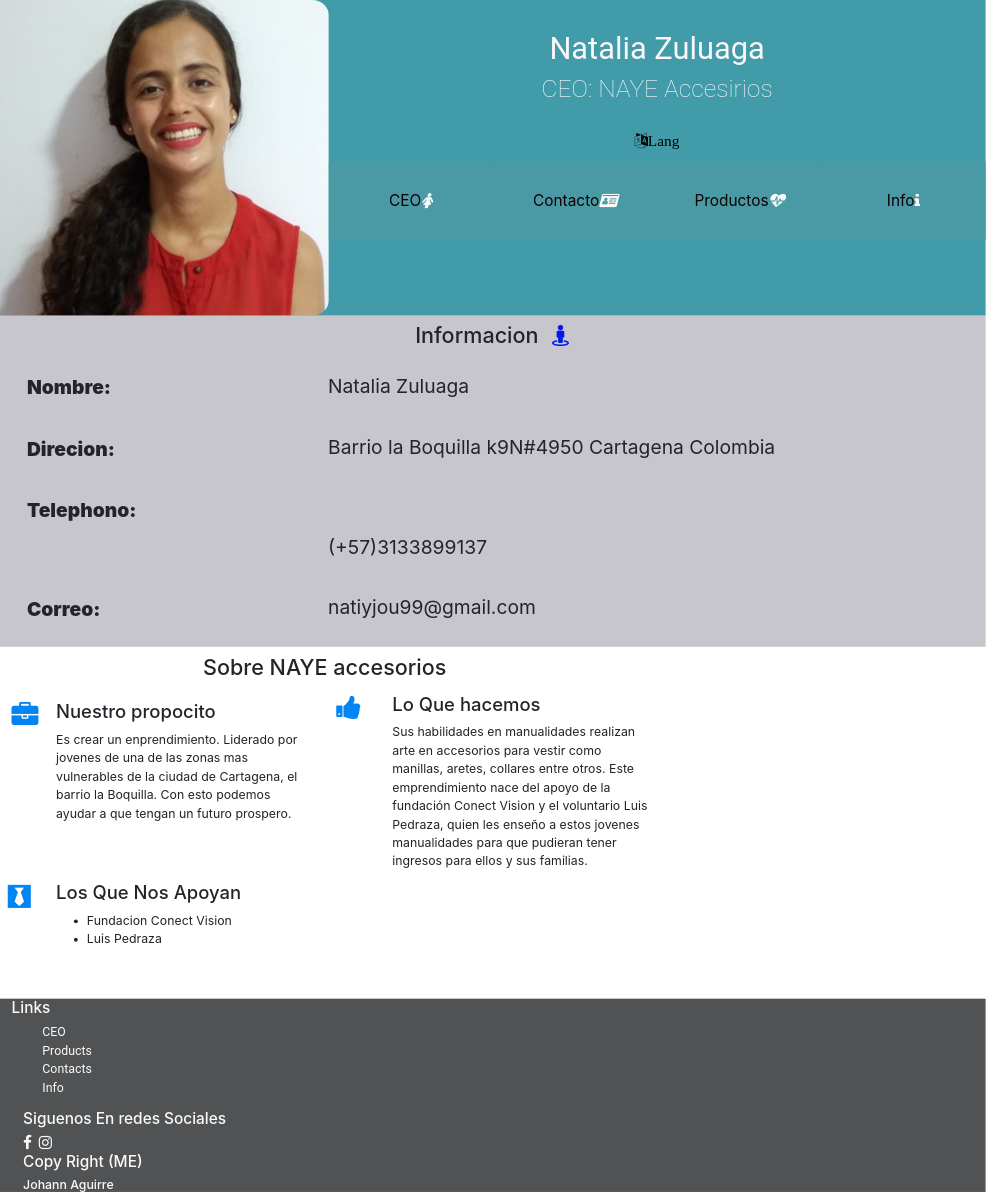
Repository: cachimiro/1-mile-stone-project
Page: index.html
The author's editor kept a record of every edit. The page is drawn from the files as they stood at one moment, then again after the next edit.
The browser window is 1280 px wide. The page is 1295 px wide, so the pictures cover 1295 px, including what lies to the right of the window. The pictures show the whole page, at 77% of full size.
Some web libraries are served in a nearby version.

Above is the page before.

### index.html
<!DOCTYPE html>
<html lang="es">

<head>
    <meta charset="UTF-8">
    <meta name="viewport" content="width=device-width, initial-scale=1.0">
    <meta http-equiv="X-UA-Compatible" content="ie=edge">
    <link rel="stylesheet" href="https://stackpath.bootstrapcdn.com/bootstrap/4.2.1/css/bootstrap.min.css" type="text/css" />
    <link rel="stylesheet" href="https://stackpath.bootstrapcdn.com/font-awesome/4.7.0/css/font-awesome.min.css" type="text/css" />
    <link rel="stylesheet" href="https://cdnjs.cloudflare.com/ajax/libs/hover.css/2.3.1/css/hover-min.css" type="text/css" />
    <link rel="stylesheet" href="css/style.css" type="text/css" />
    <title>NAYE accesirios</title>
</head>

<body>
    <header>
        <div class="row no-gutters">
            <a href="#" class="col-sm logo ">

            </a>

            <div class="col-md-8">
                <div class="row no-gutters">
                    <div class="col heading bg-color-name-title">
                        <h1 class="name">Natalia Zuluaga</h1>
                        <h2 class="title">CEO: NAYE Accesirios</h2>
                        <div class="dropdown">
                            <button class="dropbtn"><i class="fa fa-language">Lang</i></button>
                            <div class="dropdown-content">
                                <a href="index-english.html">English</a>
                            </div>
                        </div>


                    </div>
                </div>
                <div class="row no-gutters inline-block">
                    <div class="col"></div>
                    <ul id="nav" class="list-inline menucontainer">
                        <li class="col-6 col-sm-3 ui-menu-color-ceo list-inline-item menuitem">
                            <a href="#">CEO<i class="fa fa-ceo hvr-icon" aria-hidden="true"> <span><i class="fas fa-female"></i></span></i>  </a>
                        </li>
                        <li class="col-6 col-sm-3 ui-menu-color-contacto list-inline-item menuitem">
                            <a href="contactos.html">Contacto<i class="fa fa-contact hvr-icon" aria-hidden="true"> <span><i class="far fa-id-card"></i></span></i>  </a>
                        </li>
                        <li class="col-6 col-sm-3 ui-menu-color-productos list-inline-item menuitem">
                            <a href="productos.html"> Productos<i class="fa fa-crown hvr-icon" aria-hidden="true"> <span><i class="fas fa-heartbeat"></i></span></i>  </a>
                        </li>
                        <li class="col-6 col-sm-3 ui-menu-color-info list-inline-item menuitem">
                            <a href="informacion.html">Info<i class="fa fa-info hvr-icon" aria-hidden="true"></i>  </a>
                        </li>


                    </ul>

                </div>

            </div>
        </div>
    </header>
    <section class="container-fluid">
        <div class="row">
            <div class="col bg-color-personal-info section-column colour-of-infimacion">
                <div class="row">
                    <div class="col-12">
                        <h3 class="section-heading uppercase">Informacion <i class="fa fa-street-view"></i></h3>
                    </div>
                </div>
                 <div class="personal-info-item">
                    <div class="key">
                        <p class="uppercase">
                            Nombre:

                        </p>
                    </div>
                    <div class="value">
                        <p>
                            Natalia Zuluaga

                        </p>
                    </div>
                </div>
                <div class="personal-info-item">
                    <div class="key">
                        <p class="uppercase">
                            Direcion:

                        </p>
                    </div>
                    <div class="value">
                        <p>
                            Barrio la Boquilla k9N#4950 Cartagena Colombia

                        </p>
                    </div>
                </div>
                 <div class="personal-info-item">
                    <div class="key">
                        <p class="uppercase">
                            Telephono:

                        </p>
                    </div>
                    <div class="value">
                        <p class="move-right">
                       (+57)3133899137

                        </p>
                    </div>
                </div>
                 <div class="personal-info-item">
                    <div class="key">
                        <p class="uppercase">
                            Correo:

                        </p>
                    </div>
                    <div class="value">
                        <p>
                            natiyjou99@gmail.com

                        </p>
                    </div>
                </div>
            </div>

            <div class="row">
            <div class="col-md-8 bg-color-three-reasons section-column">
                <div class="row">
                    <div class="col">
                        <h3 class="section-heading uppercase">Sobre NAYE accesorios</h3>
                    </div>
                </div>
                    <div class="row">
                        <div class="col-10 offset-1 offset-sm-0 col-sm-4 col-md-6">
                            <div class="row">
                                <div class="col-2">
                                    <i class=" move-icon three-reasons-icon fa fa-briefcase" aria-hidden="true"></i>
                                </div>
                                <div class="col-10">
                                    <h4 class="three-reasons-heading uppercase add-padding">Nuestro  propocito</h4>
                                    <p> Es crear un enprendimiento. Liderado por jovenes
                                    de una de las zonas mas vulnerables de la ciudad de Cartagena,
                                    el barrio la Boquilla. Con esto podemos ayudar a que tengan un futuro prospero. </p>
                                </div>
                            </div>
                        </div>
                         <div class="col-10 offset-1 offset-sm-0 col-sm-4 col-md-6">
                            <div class="row">
                                <div class="col-2">
                                    <i class="three-reasons-icon fa fa-thumbs-up" aria-hidden="true"></i>
                                </div>
                                <div class="col-10">
                                    <h4 class="three-reasons-heading uppercase">Lo Que hacemos </h4>
                                    <p> Sus habilidades en manualidades realizan arte en accesorios para vestir
                                       como manillas, aretes, collares entre otros. Este emprendimiento
                                       nace del apoyo de la fundación Conect Vision y el voluntario Luis Pedraza,
                                       quien les enseño a estos jovenes manualidades para que pudieran tener ingresos
                                       para ellos y sus familias.</p>
                                </div>
                            </div>
                        </div>
                         <div class="col-10 offset-1 offset-sm-0 col-sm-4 col-md-6">
                            <div class="row">
                                <div class="col-2">
                                    <i class="move-icon-3 three-reasons-icon fa fa-black-tie" aria-hidden="true"></i>
                                </div>
                                <div class="col-10">
                                    <h4 class="three-reasons-heading uppercase">Los Que Nos Apoyan</h4>
                                    <ul>
                                        <li>Fundacion Conect Vision</li>
                                        <li class="add-padding-3">Luis Pedraza</li>
                                    </ul>
                                </div>
                            </div>
                        </div>

                    </div>

            </div>
        </div>
        </div>



    </section>



    <footer class="container-fluid">
        <div id="footer-detail" class="row">
            <div class="col-sm-4">
                <h5 class="uppercase general-sub">Links</h5>
                <div class="inline-block">
                    <ul class="links-footer">
                        <a href="#">
                            <li>
                                CEO
                            </li>
                        </a>
                         <a href="productos.html">
                            <li>
                                Products
                            </li>
                        </a>
                         <a href="contactos.html">
                            <li>
                                Contacts
                            </li>
                        </a>
                         <a href="informacion.html">
                            <li>
                                Info
                            </li>
                        </a>
                    </div>
                </div>
            </div>
            <div class="col-sm-4">
                <h5 class="uppercase general-sub">Siguenos En redes Sociales</h5>
                <div class="social-media-icons">
                    <div class="list-inline-item">
                        <a href="https://m.facebook.com/Nayeaccesorio/" target="_blank" class="">
                        <i class="fa fa-facebook" aria-hidden="true"></i>
                        <span class="sr-only">Facebook</span>
                        </a>
                    </div>
                    <div class="list-inline-item"></div>
                    <a href="https://www.instagram.com/nayeaccesorios/" target="_blank" class="">
                         <i class="fa fa-instagram" aria-hidden="true"></i>
                            <span class="sr-only">Instagram</span>
                            </a>

                </div>
            </div>
             <div class="col-sm-4">
                <h5 class="uppercase general-sub"> Copy Right (ME)</h5>
                <h6>Johann Aguirre</h6>

            </div>
        </div>


    </footer>
</body>

</html>

### css/style.css
@import url('https://fonts.googleapis.com/css?family=Roboto+Slab&display=swap');
/*----------colours*/

header {
    margin: 0;
    background-color: #419ba8;
    color: #f9f7fa;


}

.bg-color-name-title {
    padding-top: 30px;
}


.ui-menu-color-ceo {
    background-color:#499aa5;
    transition: all .5s ease-in-out;
    -moz-transition: all .5s ease-in-out;
    -webkit-transition: all .5s ease-in-out;


}

.ui-menu-color-contacto {
    background-color: #499aa5;
    transition: all .5s ease-in-out;
    -moz-transition: all .5s ease-in-out;
    -webkit-transition: all .5s ease-in-out;

}

.ui-menu-color-productos {
    background-color: #499aa5;
    transition: all .5s ease-in-out;
    -moz-transition: all .5s ease-in-out;
    -webkit-transition: all .5s ease-in-out;

}

.ui-menu-color-info {
    background-color: #499aa5;
    transition: all .5s ease-in-out;
    -moz-transition: all .5s ease-in-out;
    -webkit-transition: all .5s ease-in-out;

}

/*---------------sosial links colors*/

.social-links i {
    color: black;
}

/*-------------------heading, decoration*/

.list-inline-item:not(:last-child) {
    margin: 0;
}

.list-inline-item:hover{
    background-color: #757b7b;
    border-radius: 50%;
}

.bg-color-name-title {
    padding-top: 30px;
    font-family: "roboto", sans-serif;
    text-align: center;
}

.title {
    font-weight: 200;
    padding-bottom: 15px;
}

.name {
    font-weight: 400;
    padding-top: 10px;
}





i {
    color: #fafafa;

}

.inline-block {
    display: inline;
}

a {
    color: #0d0101;
}

a:hover {
    text-decoration: none;
    color: #fafafa;
}

.logo {
    background: url("../photo/natalia.jpg");
    background-position: center;
    background-repeat: no-repeat;
    background-size: cover;
    height: 410px;
    width: 370px;
    border-top-right-radius: 5%;
    border-bottom-right-radius: 5%;
    transition: all .5s ease-in-out;
    -moz-transition: all .10s ease-in-out;
    -webkit-transition: all .10s ease-in-out;
}

.menucontainer {
    font-size: 0;
}



#nav li {
    font-size: 20px;
    padding: 0;

}

.menuitem {
    line-height: 100px;
    text-align: center;

}


/*----------------drop down button*/

.dropbtn {
    background-color: transparent;
    color: #222020;
    padding: 16px;
    font-size: 12px;
    border: none;
}

.dropdown i {
    color: #000000;
    font-size: 20px;
}

.dropdown {
    position: static;
    display: inline-block;
    text-align: right;

}

.dropdown-content {
    display: none;
    position: absolute;
    background-color: #fafafa;
    min-width: 16px;
    box-shadow: 0px 8px 16px 0px rgba(0, 0, 0, 0.2);
    z-index: 1;
    border-radius: 20%;
}

.dropdown-content a {
    color: #000000;
    padding: 12px 16px;
    text-decoration: none;
    display: block;
}

.dropdown-content a:hover {
    background-color: #eb1e03;
    border-radius: 50%;


}

.dropdown:hover .dropdown-content {
    display: block;
}



/*-----------------------------section personal informtion informacion*/

.section-heading {
    padding: 10px;
    text-align: center;
}

.add-padding {
    padding-top: 10px;
}

.add-padding-3 {
    padding-bottom: 50px;
}

.move-icon {
    padding-left: 15px;
    padding-top: 10px;
}

.move-icon-3 {
    padding-left: 10px
}

.three-reasons-icon {
    color: #0284f3;
    font-size: 35px;

}

.colour-of-infimacion {
    background-color: #c6c6cc;
    line-height: 18px;

}


.personal-info-item {
    font-size: 25px;
    margin-bottom: 20px;
    padding: 20px;
    display: block;
    clear: both;

}

.col-md-4 {
    padding-right: 0;
}

.personal-info-item .key,
.personal-info-item .value {
    padding-right: 8px;
    display: inline-block;

}

.personal-info-item .key p,
.personal-info-item .value p {
    margin: 0;
}

.move-right {
    padding-top: 50px;
}

.personal-info-item .key {
    width: 30%;
    margin-right: 21px;
    padding-top: 2px;
    vertical-align: top;
}

.personal-info-item .key p {
    font-weight: 900;

}

.personal-info-item .value {
    position: relative;
    width: 60%;
}

/*----------------------------section icons*/

h3 i {
    color: #0517ea;
    padding-left: 10px;
}

/*---------------------footer links*/

.links-footer {
    font-family: "roboto", sans-serif;
    padding-right: 250px;



}

.links-footer li {
    color: #fafafa;
    text-decoration: none;
    list-style-type: none;
}

.links-footer li:hover {
    color: #e80c0c;


}

/*-----------------------footer*/


.social-media-icons i {
    color: #fafafa;
    text-align: center;
    font-size: 20px;


}

.social-media-icons i:hover {
    background-color: #e80c0c;
    border-radius: 50%;
    height: 30px;
    width: 30px;
    padding-top: 5px;
    transition-duration: 1s;



}

footer {
    background-color: #505254;
    margin: 0;
    color: #fafafa;
    position: static;


}




/*---------------------------------productos.html*/

/*------------------------------header*/



.logo-2 {
    text-align: center;
    top: -36px;
    background-repeat: no-repeat;
    width: 200px;
    height: 200px;
    margin: 0px;
    padding: 0px;
    background-color: #499aa5;
    transition: all 2s ease-in-out;
    -moz-transition: all 2s ease-in-out;
    -webkit-transition: all 2s ease-in-out;
}


.nowrap {
    flex-wrap: wrap-reverse;
}

/*--------------------------------------------section*/

/*----------------------------------image*/

.photo-adjust {
    margin: 0;
    padding: 0;
    display: block;
    top: -21px;
    line-height: 20px;


}

.photo-1 {
    border-radius: 50%;
    -webkit-transition: border-radius 2s;
    transition: border-radius 2s;
}

.photo-1:hover {
    border-radius: 0;
    transition-duration: 1s;

}



.dropdown-links {
    line-height: 100px;
    text-align: center;

}

.dropbtn-links {
    top: -56px;
    padding: 0;
    margin: 0;
}

/*--------------------------hover image information*/

.font-style {
    color: #111111;
    font-family: "roboto", sans-serif;
    font-weight: 600;
    text-align: center;
    text-shadow: 2px 2px #28c7db;
    padding: 10px;
}

/*-------------------------drop-down-button-2*/

.dropdown-2 {
    position: static;
    right: -500px;
    top: 0;
    z-index: 1;

}

.dropbtn-2 {
    background-color: transparent;
    color: #222020;
    padding: 16px;
    font-size: 12px;
    border: none;
}

.dropdown-2 i {
    color: #222020;
    font-size: 20px;
}




.dropdown-content-2 {
    display: none;
    position: absolute;
    background-color: #fafafa;
    min-width: 16px;
    box-shadow: 0px 8px 16px 0px rgba(0, 0, 0, 0.2);
    z-index: 1;
    border-radius: 20%;
}

.dropdown-content-2 a {
    color: #000000;
    padding: 12px 16px;
    text-decoration: none;
    display: block;
}

.dropdown-content-2 a:hover {
    background-color: #eb1e03;
    border-radius: 50%;


}

.dropdown-2:hover .dropdown-content-2 {
    display: block;
}

.dropdown-2:hover .dropbtn-2 {
    background-color: #3fbec8;


}

/*------------------------------------contactos.html*/

.bg-color-lightblue {
    background-color: #fafafa;
}

.logo-3 {
    text-align: center;
    top: -56px;
    background-repeat: no-repeat;
    width: 200px;
    height: 200px;
    margin: 0px;
    padding: 0px;
    position: static;
    background-color: #499aa5;
    transition: all 2s ease-in-out;
    -moz-transition: all 2s ease-in-out;
    -webkit-transition: all 2s ease-in-out;
}

.menuitem-1 {
    line-height: 100px;
    text-align: center;
}

/*---------------------------------contact form*/

.contact-firm {
    text-align: center;
    font-size: 40px;
    font-weight: 200;
    font-family: "roboto", sans-serif;
    padding: 20px;
    color: #000000;

}

input[type=email] {
    width: 100%;
    border-radius: 4px;
    margin-bottom: 10px;
    padding: 10px;
    border: 1px solid #cccccc;
}

input[type=text],
select,
textarea {
    width: 100%;
    padding: 12px;
    border: 1px solid #cccccc;
    border-radius: 4px;
    box-sizing: border-box;
    margin-top: 6px;
    margin-bottom: 16px;
    resize: vertical;
}

input[type=submit] {
    background-color: #b84bff;
    color: #fafafa;
    padding: 12px 20px;
    border: none;
    border-radius: 4px;
    cursor: pointer;
}

input[type=submit]:hover {
    background-color: #5009ff;
}

.container-6 {
    border-radius: 5px;
    background-color: #cacaca;
    padding: 20px;
}

/*--------------------------------info.html*/

.progress {
    border-radius: 10px;
}

.progress-bar {
    background-color: #122a2f;
}

.info-header {
    background-color: #419ba8;
}

.logo-4 {
    text-align: center;
    top: -56px;
    background-repeat: no-repeat;
    width: 200px;
    height: 200px;
    margin: 0px;
    padding: 0px;
    position: static;
}

.menuitem-3 {
    line-height: 100px;
    text-align: center;
    top: -20px;
}

.colour-section {
    background-color: #fafafa;
    color: #000000;
}

/*------------------------------media querys*/

@media (max-width: 450px) {
    section {
        width: 100%;
        line-height: 25px;
    }
}



@media (max-width: 450px) {
    section .colour-of-infimacion {
        border-radius: 0;
    }
}

@media (max-width:450px) {
    header .logo {
        border-radius: 0;
        width: 100%;
    }
}
@media (max-width:500px){
    .menuitem-3{
        background-color:  #c6c6cc;
    }
}
@media (max-width:500px){
    .menuitem-1{
        background-color:  #c6c6cc;
    }
}

@media (max-width: 500px) {
    header .menuitem {
        background-color:  #c6c6cc;
    }

}
@media (max-width: 1300px){
    body{
        position: static;
    }
}

After the next edit:
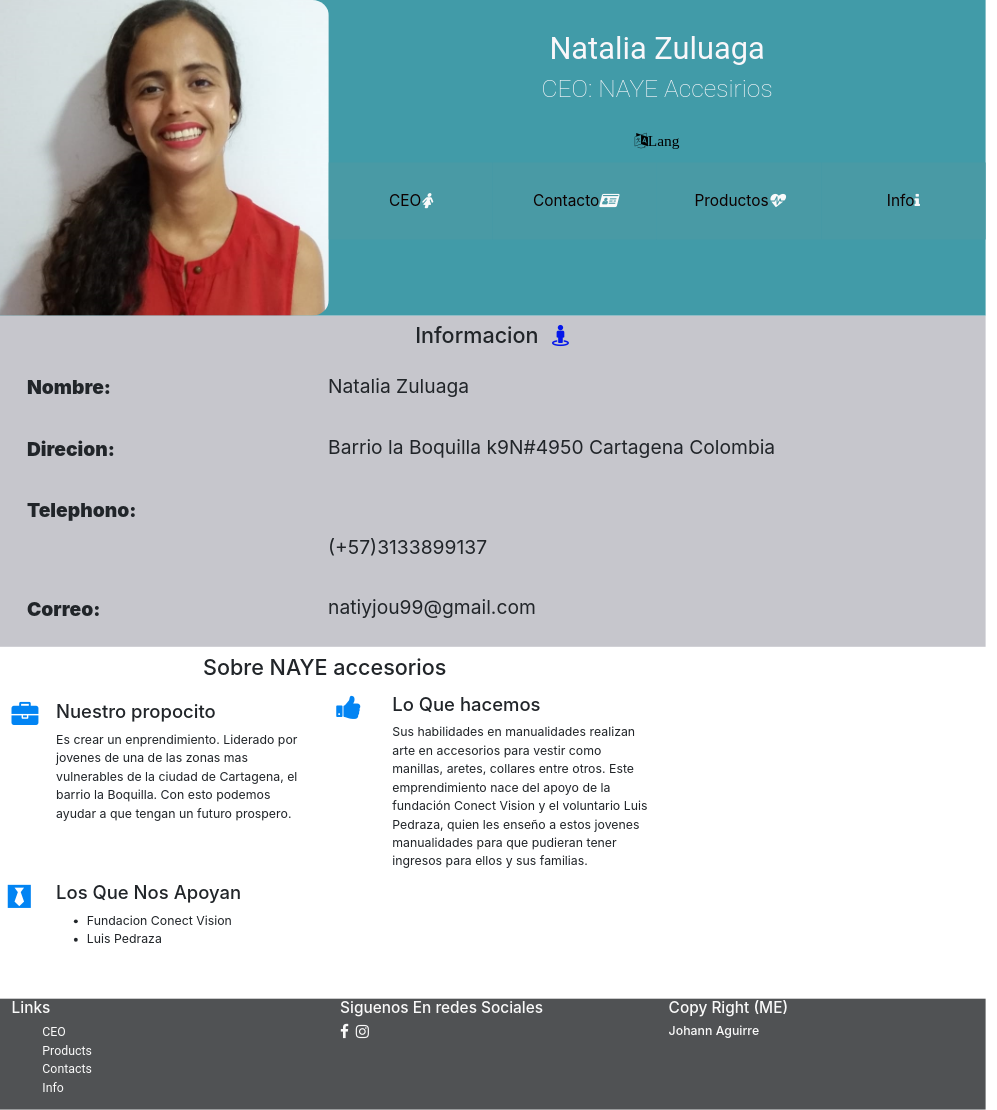
The edit:
--- a/index.html
+++ b/index.html
@@ -213,7 +213,7 @@
                                 Info
                             </li>
                         </a>
-                    </div>
+                    </ul>
                 </div>
             </div>
             <div class="col-sm-4">
